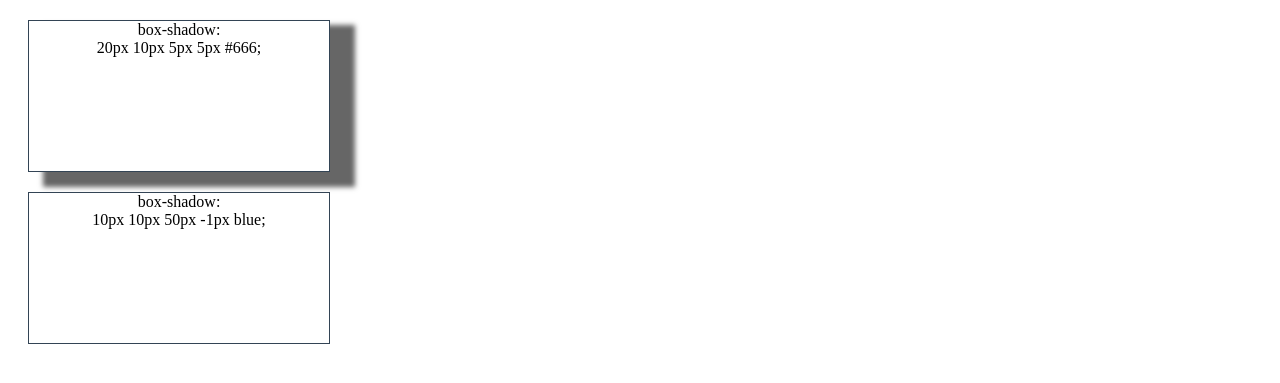
Repository: SeungjaeYu/webstudy
Page: webstudy/06_css/08_shadow/02_box-shadow.htm
An editor plug-in stored every save of this project. The page is shown before and after a run of saves, followed by the edit.
The browser window is 1280 px wide. The pictures show the whole page.

Above is the page before, as saved 2019-08-28 14:44:30.

### webstudy/06_css/08_shadow/02_box-shadow.htm
<!DOCTYPE html>
<!--
   박스 그림자
   - box-shadow : 수평거리 | 수직거리 | blur | 확장거리 | 색상 | inset
      1. 수평거리(필수)
          그림자가 수평으로 얼마나 떨어져 있는지 지정,
          양수값은 요소의 오른쪽에 음수값은 요소의 왼쪽에 그림자 표시
      2. 수직거리(필수)
          그림자가 수직으로 얼마나 떨어져 있는지 지정,
          양수값은 요소의 위쪽에 음수값은 요소의 아래쪽에 그림자 표시
      3. blur
          그림자의 흐림정도, 생략시 0을 기본값으로 진한 그림자, 음수 불가능,
          값이 커지면 흐려짐
      4. 확장거리
          그림자의 번짐정도, 양수값을 사용하면 모든 방향으로 그림자가 퍼짐으로 박스보다 그림자가 크게 보임,
          음수값은 모든 방향으로 그림자 축소
      5. 색상(그림자 색상)
         inset : 키워드 사용시 박스 안쪽에 그림자 표시,
          사용하지 않으면 박스 바깥쪽에 그림자 표시
 -->
<html>
<head>
<title> box-shadow </title>
<meta charset="utf-8" />
<style>
    div {
        border: 1px solid #345;
        width: 300px; height: 150px;
        margin: 20px;
        text-align: center;
    }

    .shadow1 {
        box-shadow: 20px 10px 5px 5px #666;
    }
</style>
</head>
<body>
    <div class="shadow1">box-shadow:<br />20px 10px 5px 5px #666;</div>
    <div class="shadow2">box-shadow:<br />10px 10px 50px -1px blue;</div>
</body>
</html>

After the next 2 saves:
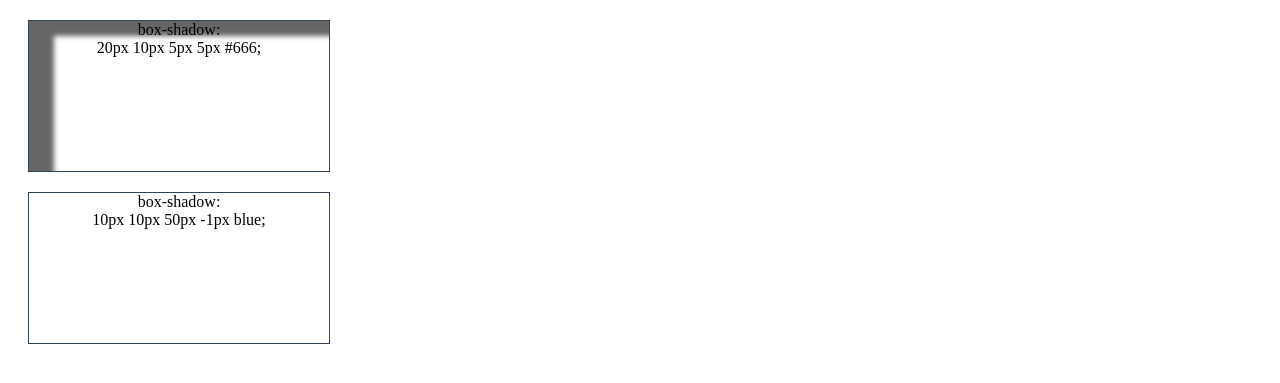
The 2 saves are shown as one change because they came seconds apart.
The last was saved 28 s later.
--- a/webstudy/06_css/08_shadow/02_box-shadow.htm
+++ b/webstudy/06_css/08_shadow/02_box-shadow.htm
@@ -31,7 +31,7 @@
     }
 
     .shadow1 {
-        box-shadow: 20px 10px 5px 5px #666;
+        box-shadow: 20px 10px 5px 5px #666 inset;
     }
 </style>
 </head>
